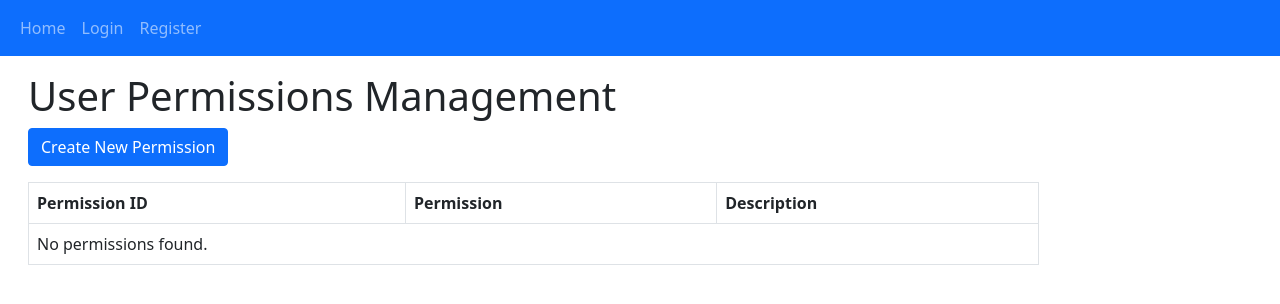
Repository: Matsikembareb/myPowervision
Page: http://localhost/permissions
An editor plug-in stored every save of this project. The page is shown before and after the next save, followed by the edit.
The browser window is 1280 px wide. The pictures show the whole page.
The page is served by the project's application, run on Flask 3 (01prototype/myPowervision/__init__.py). Other server files are loaded and not shown.

Above is the page before, as saved 2025-09-26 15:25:09.

### 01prototype/myPowervision/templates/user_management/permissions.html
{% extends "base.html" %}
{% block content %}
<h1>User Permissions Management</h1>
<div class="mb-3">
      <a href="{{ url_for('create_permission') }}" class="btn btn-primary">Create New Permission</a>
    </div>
<table class="table table-bordered">
    <thead>
        <tr>
            <th>Permission ID</th>
            <th>Permission</th>
            <th>Description</th>
        </tr>
    </thead>
    <tbody>
        {% if permissions %}
            {% for permission in permissions %}
            <tr>
                <td>{{ permission.id }}</td>
                <td>{{ permission.name }}</td>
                <td>{{ permission.description }}</td>
            </tr>
            {% endfor %}
        {% else %}
        <tr>
            <td colspan="3">No permissions found.</td>
        </tr>
        {% endif %}
    </tbody>
</table>
{% endblock content %}

### 01prototype/myPowervision/templates/base.html
<!doctype html>
<html lang="en">
  <head>
    <!-- Required meta tags -->
    <meta charset="utf-8">
    <meta name="viewport" content="width=device-width, initial-scale=1">

    <!-- Bootstrap CSS -->
    <link href="https://cdn.jsdelivr.net/npm/bootstrap@5.0.2/dist/css/bootstrap.min.css" rel="stylesheet" integrity="sha384-EVSTQN3/azprG1Anm3QDgpJLIm9Nao0Yz1ztcQTwFspd3yD65VohhpuuCOmLASjC" crossorigin="anonymous">
    <!-- Font Awesome for icons -->
    <link href="https://cdnjs.cloudflare.com/ajax/libs/font-awesome/6.0.0/css/all.min.css" rel="stylesheet">

    {% if title %}
    <title>{{ title }} - myPowervision</title>
    {% else %}
    <title>myPowervision</title>
    {% endif %}
  </head>
  <body>
    <nav class="navbar navbar-expand-sm bg-primary navbar-dark">
      <div class="container-fluid">
        <ul class="navbar-nav">
          <li class="nav-item">
          <a class="nav-link {{ 'active' if active == 'home' else '' }}" href="{{ url_for('home_page') }}">Home<span class="visually-hidden">(current)</span></a>
          </li>
          {% if current_user.is_anonymous %}
          <li class="nav-item">
            <a class="nav-link {{ 'active' if active == 'login' else '' }}" href="{{ url_for('login_page') }}">Login</a>
          </li>
          <li class="nav-item">
            <a class="nav-link {{ 'active' if active == 'register' else '' }}" href="{{ url_for('register_page') }}">Register</a>
          </li>
          {% else %}
          <li class="nav-item">
            <a class="nav-link btn btn-outline-light btn-sm" href="{{ url_for('logout') }}">Logout</a>
          </li>
          {% endif %}
        </ul>
      </div>
    </nav>


    <!-- Flash messages -->
    {% with messages=get_flashed_messages(with_categories=True) %}
      {% if messages %}
        <div class="container-fluid mt-3">
          {% for category, message in messages %}
            <div class="alert alert-{{ category }} alert-dismissible fade show">
              <button type="button" class="btn-close" data-bs-dismiss="alert" aria-label="Close"></button>
              {{ message }}
            </div>
          {% endfor %}
        </div>
      {% endif %}
    {% endwith %}

    <!-- Main layout with sidebar and content -->
    <div class="container-fluid">
      <div class="row">
        {% if current_user.is_authenticated %}
        <!-- Vertical Sidebar -->
        <div class="col-md-3 col-lg-2 px-0">
          {% include 'menu.html' %}
        </div>
        {% endif %}
        <!-- Main Content Area -->
        <div class="col-md-9 col-lg-10">
          <main class="p-3">
            {% block content %}{% endblock content %}
          </main>
        </div>
      </div>
    </div>

    <!-- Bootstrap Bundle with Popper -->
    <script src="https://cdn.jsdelivr.net/npm/bootstrap@5.0.2/dist/js/bootstrap.bundle.min.js" integrity="sha384-MrcW6ZMFYlzcLA8Nl+NtUVF0sA7MsXsP1UyJoMp4YLEuNSfAP+JcXn/tWtIaxVXM" crossorigin="anonymous"></script>
  </body>
</html>

### 01prototype/myPowervision/routes.py
from myPowervision import app
from flask import render_template, url_for, redirect, flash, request
from flask_login import login_user, logout_user, current_user
from urllib.parse import urlsplit
import sqlalchemy as sa

from myPowervision import db
from myPowervision.forms import LoginForm, RegistrationForm, RoleForm, PermissionForm
from myPowervision.models import Permission, Role, User


@app.route('/')
@app.route('/home')
def home_page():
    return render_template('index.html', title='Home', active='home')

@app.route('/register', methods=['GET', 'POST'])
def register_page():
    if current_user.is_authenticated:
        return redirect(url_for('home_page'))
    form = RegistrationForm()
    if form.validate_on_submit():
        user = User(username=form.username.data, email=form.email.data)
        user.set_password(form.password.data)
        db.session.add(user)
        db.session.commit()
        flash('Registration successful! You can now log in.', category='success')
        return redirect(url_for('login_page'))
    return render_template('auth/register.html', title='Register', active='register', form=form)

@app.route('/login', methods=['GET', 'POST'])
def login_page():
    if current_user.is_authenticated:
        return redirect(url_for('home_page'))
    form = LoginForm()
    if form.validate_on_submit():
        user = db.session.scalar(sa.select(User).where(User.username == form.username.data))
        if user:
            if user.check_password(form.password.data):
                login_user(user, remember=form.remember_me.data)
                next_page = request.args.get('next')
                if not next_page or urlsplit(next_page).netloc != '':
                    next_page = url_for('home_page')
                flash(f'Login successful for user {form.username.data}', category='success')
                return redirect(next_page)
            else:
                flash('Invalid password!', category='danger')
                return redirect(url_for('login_page'))
        else:
            flash('User not found!', category='danger')
            return redirect(url_for('login_page'))

    return render_template('auth/login.html', title='Sign In', active='login', form=form)

@app.route('/forgot-password')
def forgot_password_page():
    return render_template('auth/forgot_password.html', title='Forgot Password', active='forgot_password')

@app.route('/logout')
def logout():
    logout_user()
    flash('You have been logged out.', category='success')
    return redirect(url_for('home_page'))

# ---------------------------------USERS, ROLES, PERMISSIONS--------------------------------------

# ---------------------------------Roles--------------------------------------
@app.route("/roles")
def roleManagement():
    return render_template('user_management/roles.html', title='Role Management', active='roles')

@app.route("/create-role", methods=['GET', 'POST'])
def create_role():
    form = RoleForm()
    if form.validate_on_submit():
        new_role = Role(name=form.name.data, description=form.description.data)
        db.session.add(new_role)
        db.session.commit()
        flash('Role created successfully!', category='success')
        return redirect(url_for('roleManagement'))
    return render_template('user_management/create_role.html', title='Create Role', active='roles', form=form)

# ---------------------------------Permissions--------------------------------------
@app.route("/permissions")
def permissionManagement():
    return render_template('user_management/permissions.html', title='Permission Management', active='permissions')

@app.route("/create-permission", methods=['GET', 'POST'])
def create_permission():
    form = PermissionForm()
    if form.validate_on_submit():
        new_permission = Permission(name=form.name.data, description=form.description.data)
        db.session.add(new_permission)
        db.session.commit()
        flash('Permission created successfully!', category='success')
        return redirect(url_for('permissionManagement'))
    return render_template('user_management/create_permission.html', title='Create Permission', active='permissions', form=form)
# ---------------------------------admin area--------------------------------------


# admin dashboard
@app.route("/admin/dashboard", methods=['GET','POST'])
def adminDashboard():
    if not session.get('admin_id'):
        return redirect(url_for('adminIndex'))
    total_users = User.query.count()
    approved_users = User.query.filter_by(status=1).count()
    disapproved_users = User.query.filter_by(status=0).count()
    return render_template("auth/admin/dashboard.html", title="Admin Dashboard", total_users=total_users, approved_users=approved_users, disapproved_users=disapproved_users)

# ADMIN get all users
@app.route("/admin/users", methods=['GET','POST'])
def adminUsers():
    if not session.get('admin_id'):
        return redirect(url_for('adminIndex'))
    users = User.query.all()
    if request.method == 'POST':
        # Fetch all users
        search = request.form.get('search')
        users = User.query.filter((User.fname.contains(search)) | (User.lname.contains(search)) | (User.email.contains(search))).all()
    return render_template("auth/admin/users.html", title="All Users", users=users)

# ADMIN approve user
@app.route("/admin/approve/<int:user_id>")
def adminApproveUser(user_id):
    if not session.get('admin_id'):
        return redirect(url_for('adminIndex'))
    user = User.query.get(user_id)
    if user:
        user.status = 1  # Approve the user
        db.session.commit()
        flash("User approved successfully", "success")
    else:
        flash("Error!", "danger")
    return redirect(url_for('adminUsers'))

# ADMIN disapprove user
@app.route("/admin/disapprove")
def adminDisapproveUser(user_id):
    if not session.get('admin_id'):
        return redirect(url_for('adminIndex'))
    user = User.query.get(user_id)
    if user:
        user.status = 0  # Disapprove the user
        db.session.commit()
        flash("User disapproved successfully", "success")
    else:
        flash("Error!", "danger")
    return redirect(url_for('adminUsers'))

### 01prototype/myPowervision/__init__.py
from flask import Flask, render_template, redirect, url_for, flash
from config import Config
from flask_sqlalchemy import SQLAlchemy
from flask_migrate import Migrate
from flask_login import LoginManager

app = Flask(__name__)
app.config.from_object(Config)
db = SQLAlchemy(app)
migrate = Migrate(app, db)
login = LoginManager(app)
login.login_view = 'login_page'

from myPowervision import routes, models

After the next save:
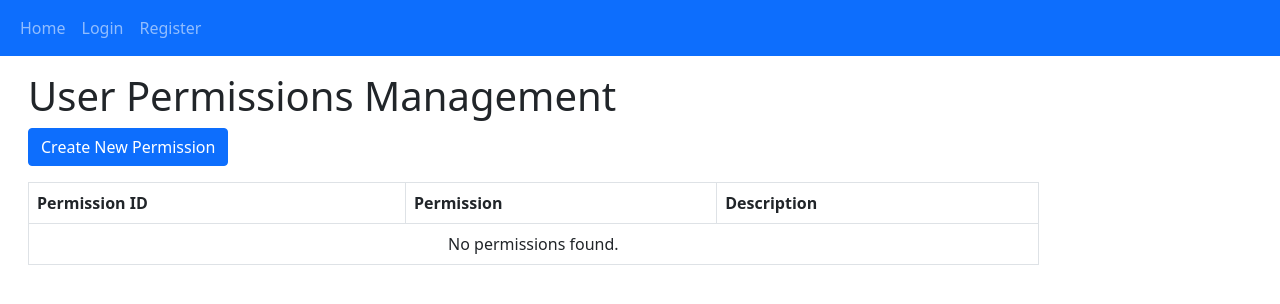
Saved 50 s later.
--- a/01prototype/myPowervision/templates/user_management/permissions.html
+++ b/01prototype/myPowervision/templates/user_management/permissions.html
@@ -23,7 +23,7 @@
             {% endfor %}
         {% else %}
         <tr>
-            <td colspan="3">No permissions found.</td>
+            <td colspan="4" class="text-center">No permissions found.</td>
         </tr>
         {% endif %}
     </tbody>
